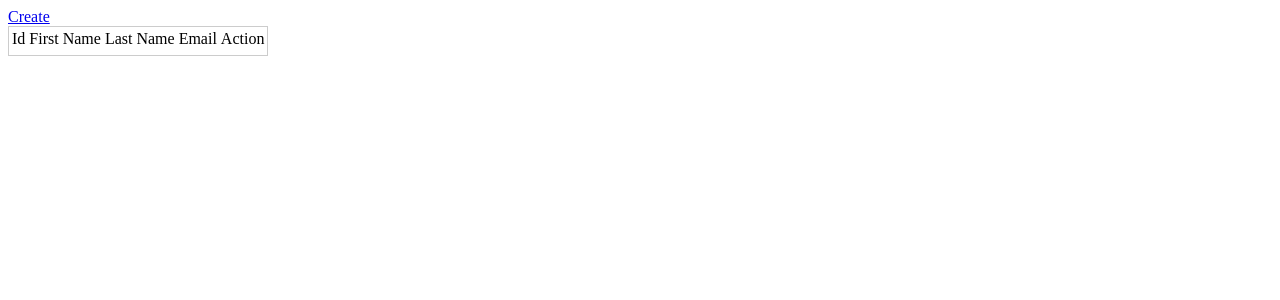
Repository: Ibrahimalrkaby/CRUD
Page: http://localhost/
These files come from the project's save history. The page is drawn as it stood at one moment and after the next save; the edit follows.
The browser window is 1280 px wide. The pictures show the whole page.
The page is run by PHP 8.4 with error messages shown; the project is at /var/www/html/.

Above is the page before, as saved 2025-06-27 01:34:24.

After the next save:
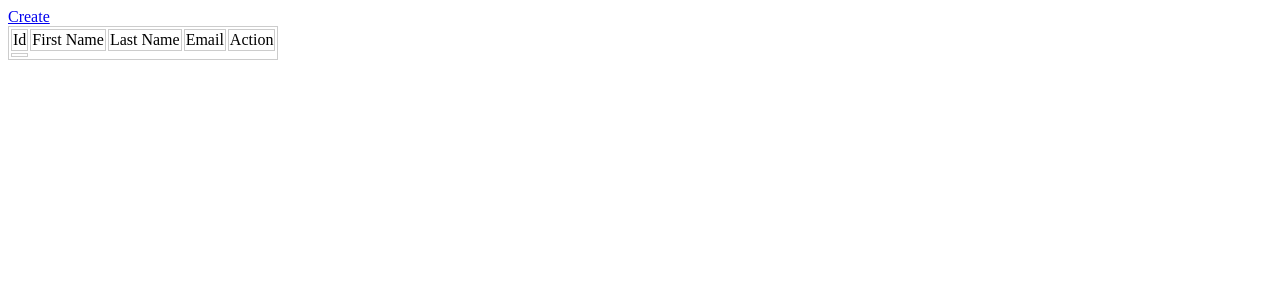
Saved 29 s later.
--- a/style.css
+++ b/style.css
@@ -1,5 +1,6 @@
 table,
 th,
-td tr {
+td,
+tr {
   border: 1px solid #ccc;
 }
